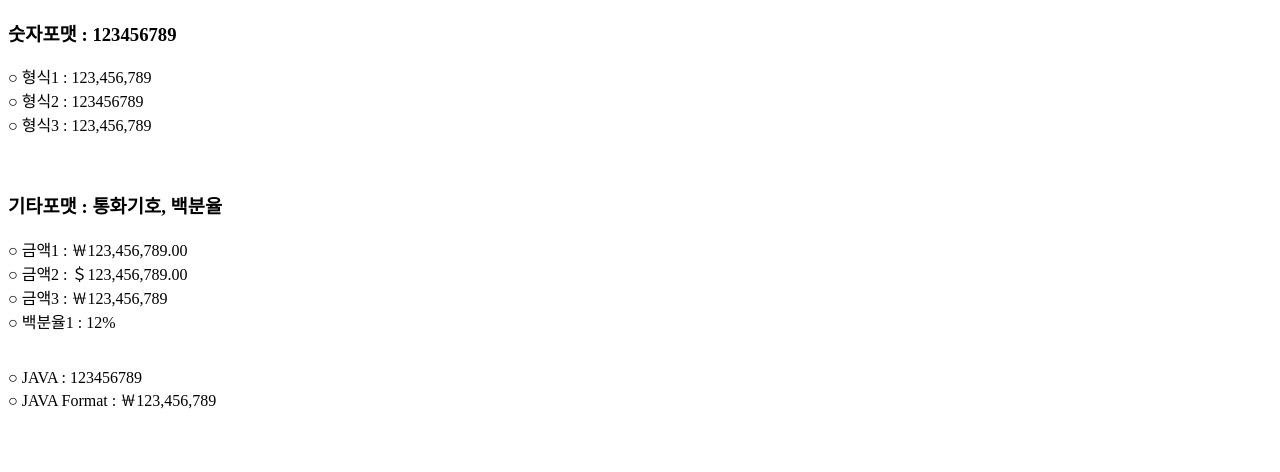
Repository: youngmoon525/Jsp_Servlet
Page: http://localhost/03.JSP/jsp39.jsp
An editor plug-in stored every save of this project. The page is shown before and after the next save, followed by the edit.
The browser window is 1280 px wide. The pictures show the whole page.
The page is served by Tomcat 9.

Above is the page before, as saved 2021-09-10 00:38:42.

After the next save:
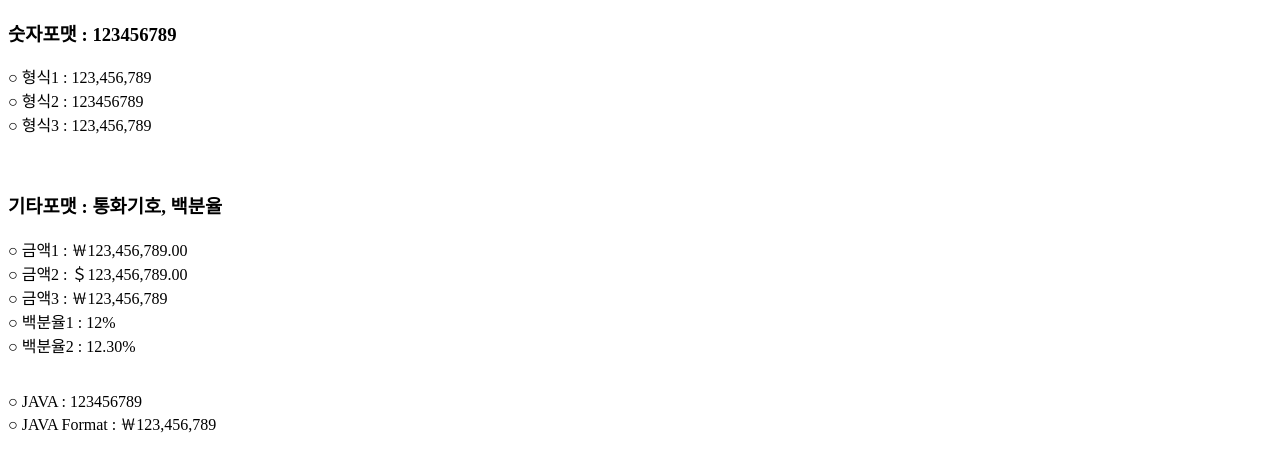
Saved 2 min 29 s later.
--- a/workspace/03.JSP/WebContent/jsp39.jsp
+++ b/workspace/03.JSP/WebContent/jsp39.jsp
@@ -22,6 +22,7 @@
 ○ 금액2 : <fmt:formatNumber value="${num}" type="currency" currencySymbol="＄"/><br/>
 ○ 금액3 : <fmt:formatNumber value="${num}" pattern="￦#,##0"/><br/>
 ○ 백분율1 : <fmt:formatNumber value="0.123" type="percent"/><br/>
+○ 백분율2 : <fmt:formatNumber value="0.123" pattern="0.00%"/><br/>
 
 <br/><br/>
 <%
